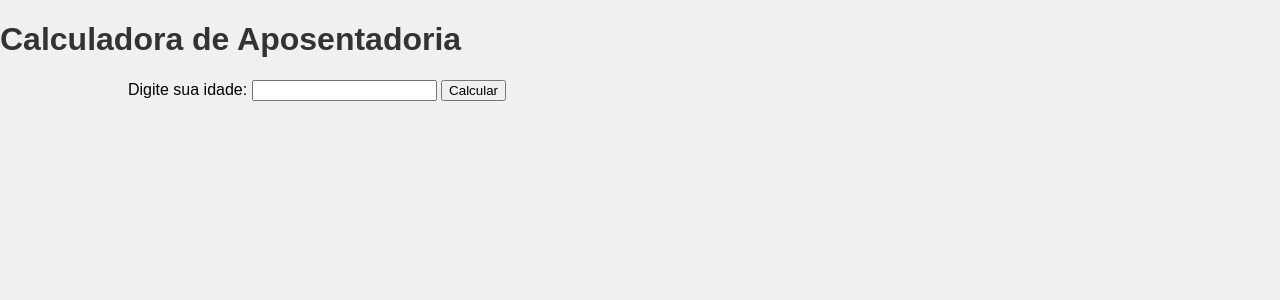
Repository: Gabrielb0rn/Java-script.io
Page: 19aula 1208/index.html
An editor plug-in stored every save of this project. The page is shown before and after the next save, followed by the edit.
The browser window is 1280 px wide. The pictures show the whole page.

Above is the page before, as saved 2024-08-12 08:35:29.

After the next save:
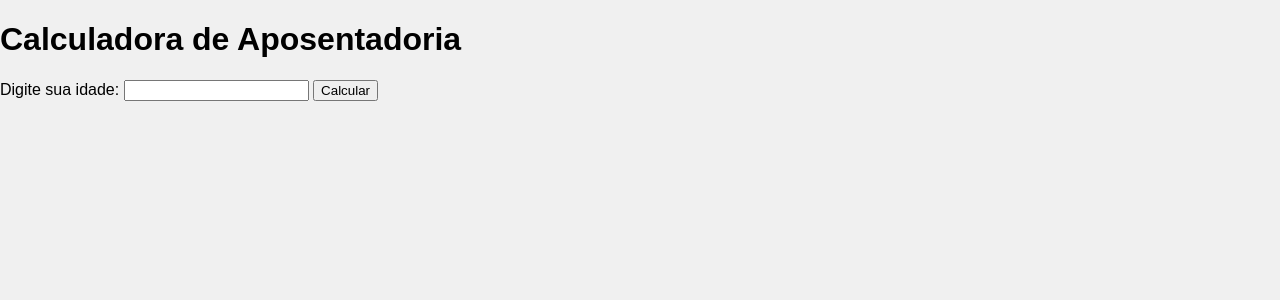
Saved 37 s later.
--- a/19aula 1208/assets/style.css
+++ b/19aula 1208/assets/style.css
@@ -11,82 +11,3 @@ header {
     padding: 20px;
     text-align: center;
 }
-
-nav {
-    background-color: #eee;
-    padding: 10px;
-    text-align: center;
-}
-
-nav a {
-    color: #333;
-    text-decoration: none;
-    margin: 0 10px;
-}
-
-main {
-    padding: 20px;
-}
-
-footer {
-    background-color: #333;
-    color: #fff;
-    padding: 10px;
-    text-align: center;
-    position: fixed;
-    bottom: 0;
-    width: 100%;
-}
-
-.container {
-    width: 80%;
-    margin: 0 auto;
-}
-
-h1, h2, h3 {
-    color: #333;
-}
-
-p {
-    line-height: 1.6;
-}
-
-.button {
-    background-color: #4CAF50;
-    color: white;
-    padding: 10px 20px;
-    border: none;
-    border-radius: 5px;
-    cursor: pointer;
-}
-
-.button:hover {
-    background-color: #45a049;
-}
-
-.image {
-    width: 100%;
-    height: auto;
-    display: block;
-    margin: 0 auto;
-}
-.container {
-    width: 80%;
-    margin: 0 auto;
-}
-
-h1, h2, h3 {
-    color: #333;
-}
-
-p {
-    line-height: 1.6;
-}
-
-.button {
-    background-color: #4CAF50;
-    color: white;
-    padding: 10px 20px;
-    border: none;
-    border-radius: 5px;
-}
